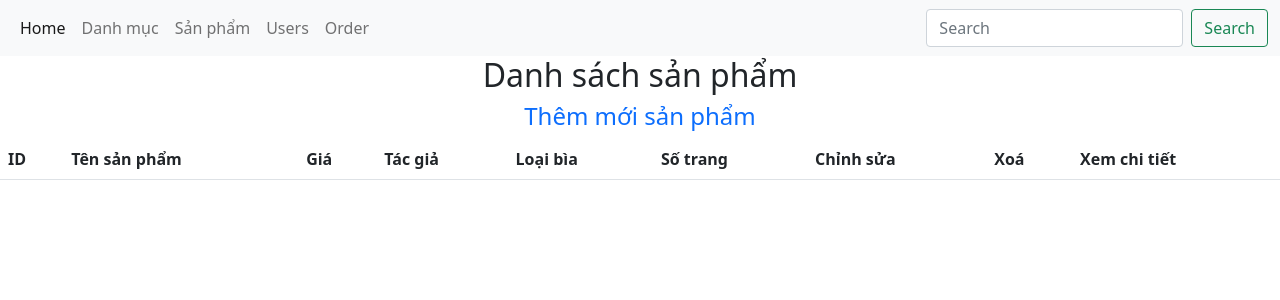
Repository: ThanhNghiadn03/Website-1-JSP-Servlet
Page: http://localhost/new-web-ban-sach/views/admin/jsp-product/product.jsp
The author's editor kept a copy of each file at every save. The page is drawn from the files as they stood at one save, then again after the next save.
The browser window is 1280 px wide. The pictures show the whole page.
The page is served by Tomcat 9. The template is opened directly, without the code that normally fills it, so the values that code supplies are empty.

Above is the page before, as saved 2023-04-29 08:08:08.

After the next save:
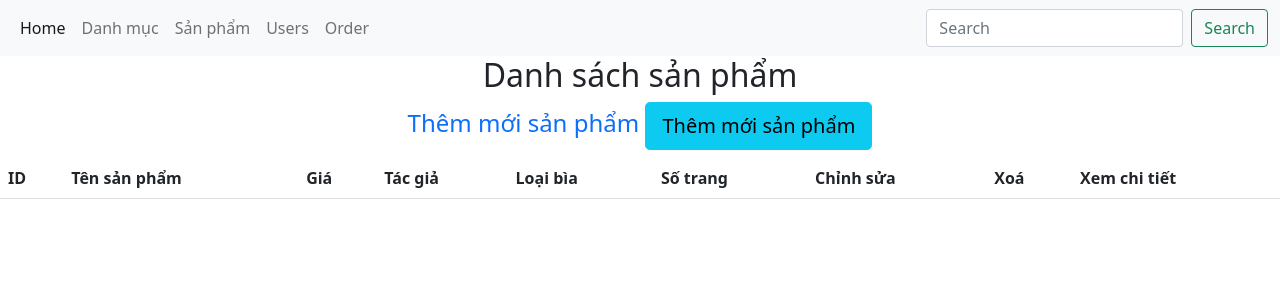
Saved 96 min 25 s later.
--- a/Project/new-web-ban-sach/src/main/webapp/views/admin/jsp-product/product.jsp
+++ b/Project/new-web-ban-sach/src/main/webapp/views/admin/jsp-product/product.jsp
@@ -54,8 +54,29 @@
 		<h4>
 			<a href="/new-web-ban-sach/admin-home?action=creatProduct"
 				style="text-decoration: none"> Thêm mới sản phẩm </a>
+			<button type="button" class="btn btn-info btn-lg" data-toggle="modal"
+				data-target="#addProduct">Thêm mới sản phẩm</button>
 		</h4>
 	</center>
+	<div id="addProduct" class="modal fade" role="dialog">
+		<div class="modal-dialog">
+
+			<!-- Modal content-->
+			<div class="modal-content">
+				<div class="modal-header">
+					<button type="button" class="close" data-dismiss="modal">&times;</button>
+					<h4 class="modal-title">Thêm mới sản phẩm</h4>
+				</div>
+				<div class="modal-body">
+					<p>Some text in the modal.</p>
+				</div>
+				<div class="modal-footer">
+					<button type="button" class="btn btn-default" data-dismiss="modal">Close</button>
+				</div>
+			</div>
+
+		</div>
+	</div>
 	<div>
 		<table class="table">
 			<tr>
@@ -90,6 +111,7 @@
 			</c:forEach>
 		</table>
 	</div>
+
 	<script
 		src="https://cdn.jsdelivr.net/npm/bootstrap@5.0.2/dist/js/bootstrap.bundle.min.js"
 		integrity="sha384-MrcW6ZMFYlzcLA8Nl+NtUVF0sA7MsXsP1UyJoMp4YLEuNSfAP+JcXn/tWtIaxVXM"
